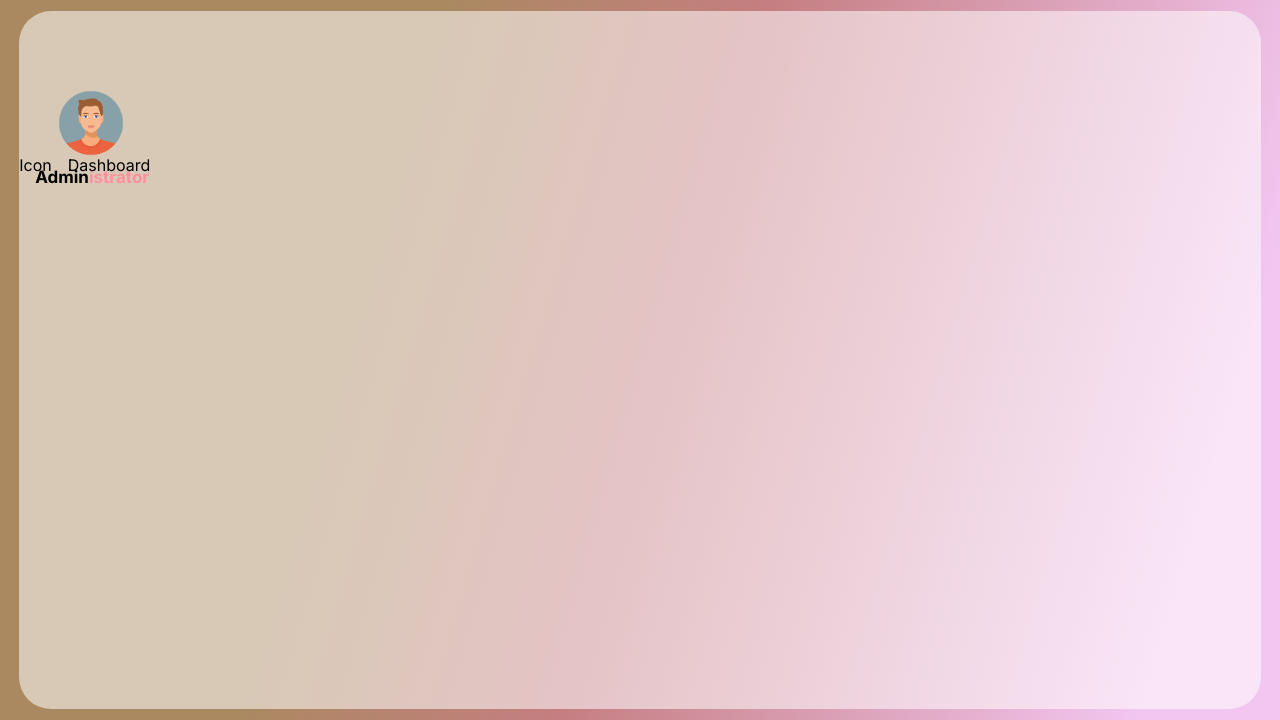
Repository: Zeeohn/react-admin-dash1
Page: /
The author's editor kept a copy of each file at every save. The page is drawn from the files as they stood at one save, then again after the next save.
The browser window is 1280 px wide. The pictures show the whole page.
The project was rebuilt for these pictures with package versions that can differ from the ones it lists, and the page was loaded fresh each time.

Above is the page before, as saved 2022-05-20 12:12:56.

After the next save:
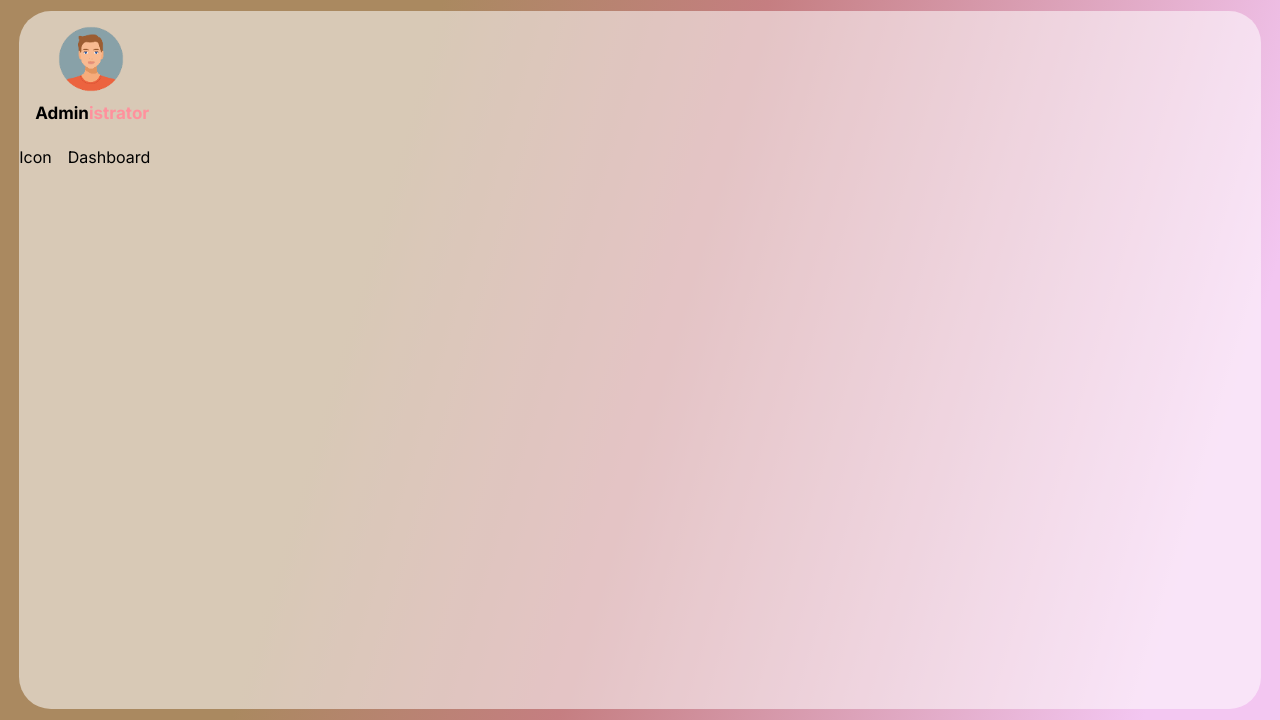
Saved 37 s later.
--- a/src/components/sidebar/Sidebar.css
+++ b/src/components/sidebar/Sidebar.css
@@ -2,17 +2,16 @@
   display: flex;
   flex-direction: column;
   position: relative;
-  padding-top: 4rem;
+  padding-top: 0.5rem;
   transition: all 300ms ease;
 }
 
 .logo {
   display: block;
-  height: 0.5rem;
+  height: 4rem;
   font-weight: bold;
   font-size: 17px;
   gap: 0.1rem;
-  margin-top: 0.5rem;
   padding-left: 1rem;
   align-items: center;
   justify-content: center;
